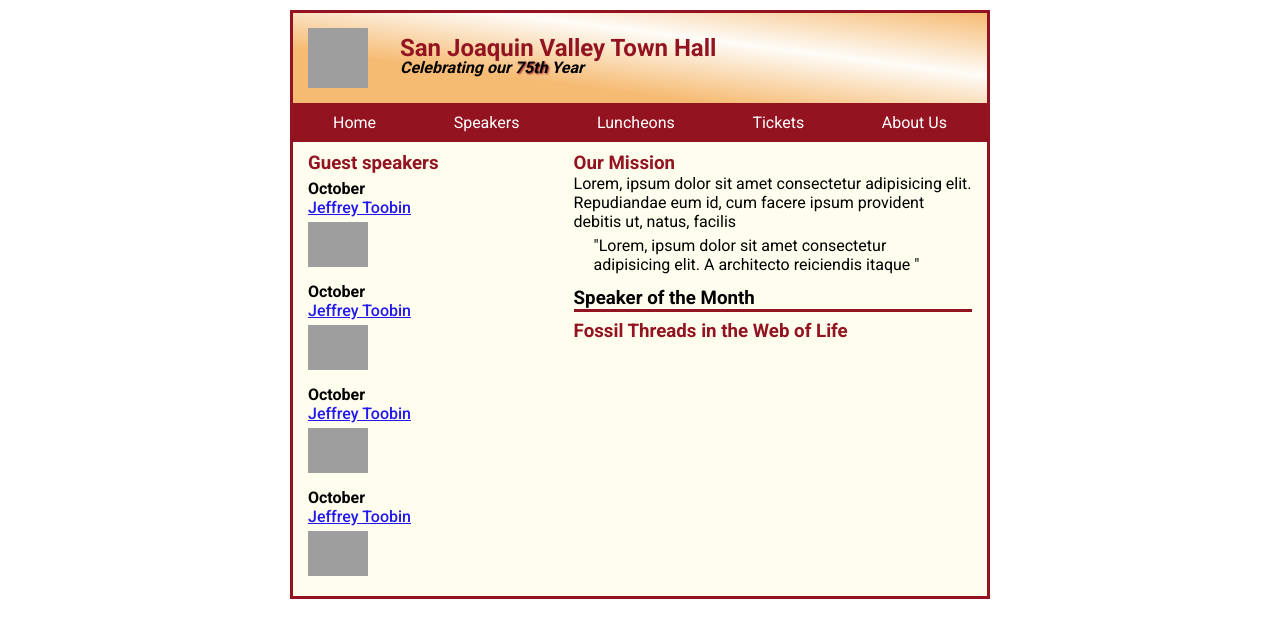
Repository: Mannj-nef/ex-5-6-7-8_IvVettech
Page: index.html
These files come from the project's save history. The page is drawn as it stood at one moment and after the next save; the edit follows.
The browser window is 1280 px wide. The pictures show the whole page.
Pictures or frames that could not be fetched are drawn as grey boxes.

Above is the page before, as saved 2022-03-24 22:28:44.

### index.html
<!DOCTYPE html>
<html lang="en">
  <head>
    <meta charset="UTF-8" />
    <meta http-equiv="X-UA-Compatible" content="IE=edge" />
    <meta name="viewport" content="width=device-width, initial-scale=1.0" />
    <link rel="stylesheet" href="./Asset/style.css" />
    <link rel="preconnect" href="https://fonts.googleapis.com" />
    <link rel="preconnect" href="https://fonts.gstatic.com" crossorigin />
    <link
      href="https://fonts.googleapis.com/css2?family=Roboto:wght@300;400;500;700&display=swap"
      rel="stylesheet"
    />
    <title>Exercise5-6</title>
    <link
      rel="shortcut icon"
      href="https://iviettech.vn/wp-content/themes/viettech/img/front/favicon.ico"
      type="image/x-icon"
    />
  </head>
  <body>
    <div id="app">
      <header id="header">
        <div class="header-top">
          <div class="header-image__wrapper">
            <img
              src="https://source.unsplash.com/random"
              alt=""
              class="header-image"
            />
          </div>
          <div class="header-main">
            <h2 class="header-main__title">San Joaquin Valley Town Hall</h2>
            <p class="header-main__decs">
              Celebrating our
              <span class="header-main__decs-b"
                >75 <span class="header-main__decs-c">th</span>
              </span>
              Year
            </p>
          </div>
        </div>
        <div class="header-nav">
          <ul class="header-nav__list">
            <li class="header-nav__item">
              <a href="" class="header-nav__link">Home</a>
            </li>
            <li class="header-nav__item">
              <a href="" class="header-nav__link">Speakers</a>
            </li>
            <li class="header-nav__item">
              <a href="" class="header-nav__link">Luncheons</a>
            </li>
            <li class="header-nav__item">
              <a href="" class="header-nav__link">Tickets</a>
            </li>
            <li class="header-nav__item">
              <a href="" class="header-nav__link">About Us</a>
            </li>
          </ul>
        </div>
      </header>
      <section id="content">
        <div class="content-left">
          <h3 class="content-title">Guest speakers</h3>

          <div class="content-left__member">
            <p class="content-left__member-month">October</p>
            <a href="" class="content-left__member-link">Jeffrey Toobin</a>
            <div class="content-left__member-avata-wrapper">
              <img
                src="https://source.unsplash.com/random"
                alt=""
                class="content-left__member-avata"
              />
            </div>
          </div>
          <div class="content-left__member">
            <p class="content-left__member-month">October</p>
            <a href="" class="content-left__member-link">Jeffrey Toobin</a>
            <div class="content-left__member-avata-wrapper">
              <img
                src="https://source.unsplash.com/random"
                alt=""
                class="content-left__member-avata"
              />
            </div>
          </div>
          <div class="content-left__member">
            <p class="content-left__member-month">October</p>
            <a href="" class="content-left__member-link">Jeffrey Toobin</a>
            <div class="content-left__member-avata-wrapper">
              <img
                src="https://source.unsplash.com/random"
                alt=""
                class="content-left__member-avata"
              />
            </div>
          </div>
          <div class="content-left__member">
            <p class="content-left__member-month">October</p>
            <a href="" class="content-left__member-link">Jeffrey Toobin</a>
            <div class="content-left__member-avata-wrapper">
              <img
                src="https://source.unsplash.com/random"
                alt=""
                class="content-left__member-avata"
              />
            </div>
          </div>
        </div>
        <div class="constent-right">
          <div class="constent-right__top">
            <h3 class="content-title">Our Mission</h3>
            <p class="constent-right__desc">
              Lorem, ipsum dolor sit amet consectetur adipisicing elit.
              Repudiandae eum id, cum facere ipsum provident debitis ut, natus,
              facilis
            </p>
            <p class="constent-right__desc-sub">
              "Lorem, ipsum dolor sit amet consectetur adipisicing elit. A
              architecto reiciendis itaque "
            </p>
            <h3 class="constent-right-title">Speaker of the Month</h3>
          </div>
          <div class="constent-right__center">
            <h3 class="content-title">Fossil Threads in the Web of Life</h3>
          </div>
        </div>
      </section>
    </div>
  </body>
</html>

### Asset/style.css
* {
  margin: 0;
  padding: 0;
  box-sizing: border-box;
}
html {
  font-family: "Roboto", sans-serif;
}
:root {
  --prymary-color: #931420;
  --white-color: #fff;
  --yellow-color: #ebc700;
  --blue-color: #2119ee;
  --size: 60px;
}

#app {
  margin: 10px auto;
  width: 700px;
  border: 3px solid var(--prymary-color);
}

#header {
}
.header-top {
  padding: 15px;
  display: flex;
  align-items: center;
  background-image: linear-gradient(
    to right top,
    #f6bb73 30%,
    #fefcf8,
    #f6bb73
  );
}
.header-image__wrapper {
  width: var(--size);
  height: var(--size);
  margin-right: 2em;
}
.header-image {
  width: 100%;
  height: 100%;
  object-fit: cover;
}
.header-main {
  line-height: 20px;
}
.header-main__title {
  color: var(--prymary-color);
}
.header-main__decs {
  color: #000;
  font-weight: 600;
  font-style: italic;
}
.header-main__decs-b {
  display: inline-flex;
  text-shadow: 1px 1px 2px var(--prymary-color);
}
.header-nav {
  background-color: var(--prymary-color);
}
.header-nav__list {
  list-style: none;
  display: flex;
  justify-content: space-between;
  padding: 0 20px;
}
.header-nav__item {
  padding: 10px 20px;
}
.header-nav__link {
  font-weight: 400;
  text-decoration: none;
  color: var(--white-color);
}
.header-nav__item:hover .header-nav__link {
  color: var(--yellow-color);
}

#content {
  background-color: #fffded;
  padding: 10px 15px;
  display: flex;
}

.content-left {
  width: 40%;
}
.content-title {
  color: var(--prymary-color);
}
.content-left__member {
}
.content-left__member-month {
  margin-top: 5px;
  font-weight: 600;
}
.content-left__member-link {
  font-weight: 500;
  color: var(--blue-color);
}
.content-left__member-avata-wrapper {
  width: var(--size);
  height: var(--size);
  display: flex;
  padding-top: 5px;
  padding-bottom: 10px;
}
.content-left__member-avata {
  width: 100%;
  height: 100%;
}
.constent-right {
  width: 60%;
}
.constent-right__desc-sub {
  padding: 5px 20px;
}
.constent-right-title {
  margin: 8px 0;
  font-weight: 600;
  color: #000;
  border-bottom: 3px solid var(--prymary-color);
}

.constent-right__center-right {
  width: 50%;
}

After the next save:
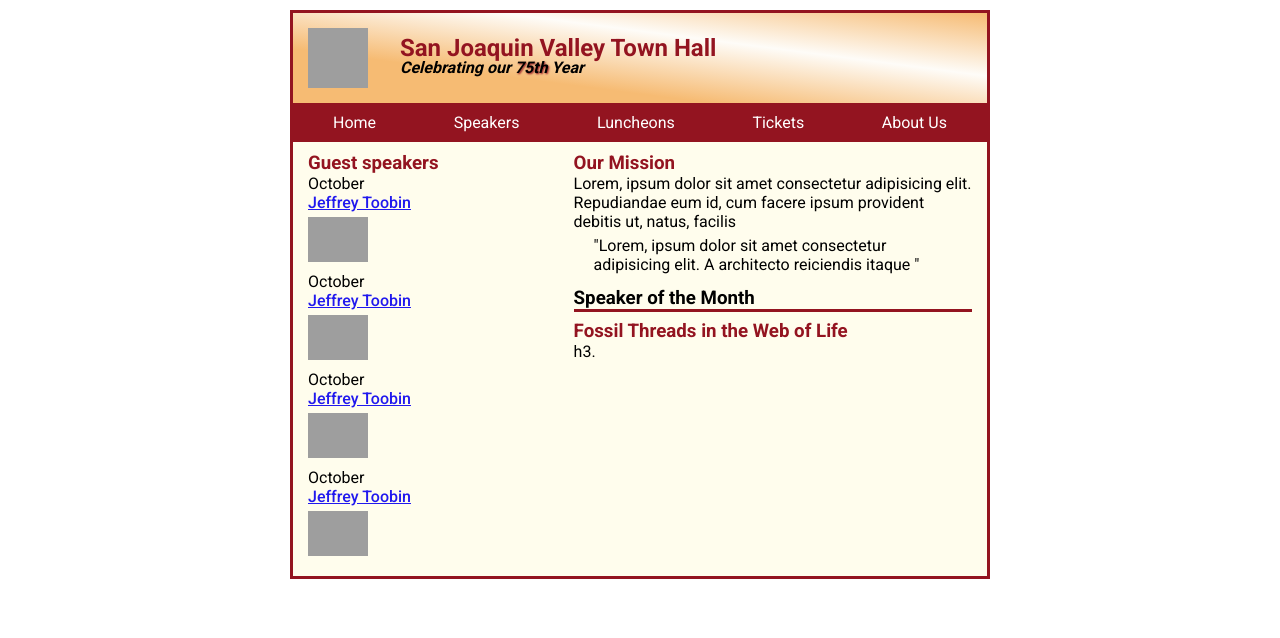
Saved 55 s later.
--- a/index.html
+++ b/index.html
@@ -65,7 +65,7 @@
           <h3 class="content-title">Guest speakers</h3>
 
           <div class="content-left__member">
-            <p class="content-left__member-month">October</p>
+            <p class="content__member-month">October</p>
             <a href="" class="content-left__member-link">Jeffrey Toobin</a>
             <div class="content-left__member-avata-wrapper">
               <img
@@ -76,7 +76,7 @@
             </div>
           </div>
           <div class="content-left__member">
-            <p class="content-left__member-month">October</p>
+            <p class="content__member-month">October</p>
             <a href="" class="content-left__member-link">Jeffrey Toobin</a>
             <div class="content-left__member-avata-wrapper">
               <img
@@ -87,7 +87,7 @@
             </div>
           </div>
           <div class="content-left__member">
-            <p class="content-left__member-month">October</p>
+            <p class="content__member-month">October</p>
             <a href="" class="content-left__member-link">Jeffrey Toobin</a>
             <div class="content-left__member-avata-wrapper">
               <img
@@ -98,7 +98,7 @@
             </div>
           </div>
           <div class="content-left__member">
-            <p class="content-left__member-month">October</p>
+            <p class="content__member-month">October</p>
             <a href="" class="content-left__member-link">Jeffrey Toobin</a>
             <div class="content-left__member-avata-wrapper">
               <img
@@ -125,6 +125,7 @@
           </div>
           <div class="constent-right__center">
             <h3 class="content-title">Fossil Threads in the Web of Life</h3>
+            <div class="constent-right__center-right">h3.</div>
           </div>
         </div>
       </section>

After the 2 saves that followed:
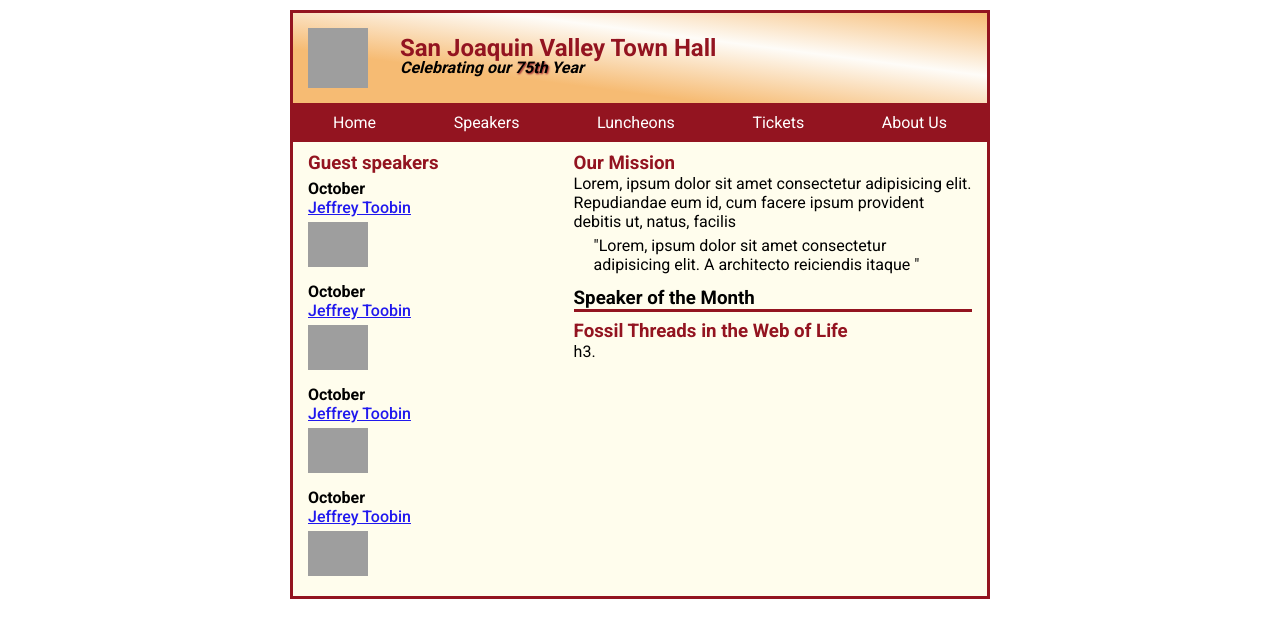
The 2 saves are shown as one change because 1 left the picture as it was.
The last was saved 61 s later.
--- a/Asset/style.css
+++ b/Asset/style.css
@@ -93,7 +93,7 @@ html {
 }
 .content-left__member {
 }
-.content-left__member-month {
+.content__member-month {
   margin-top: 5px;
   font-weight: 600;
 }
